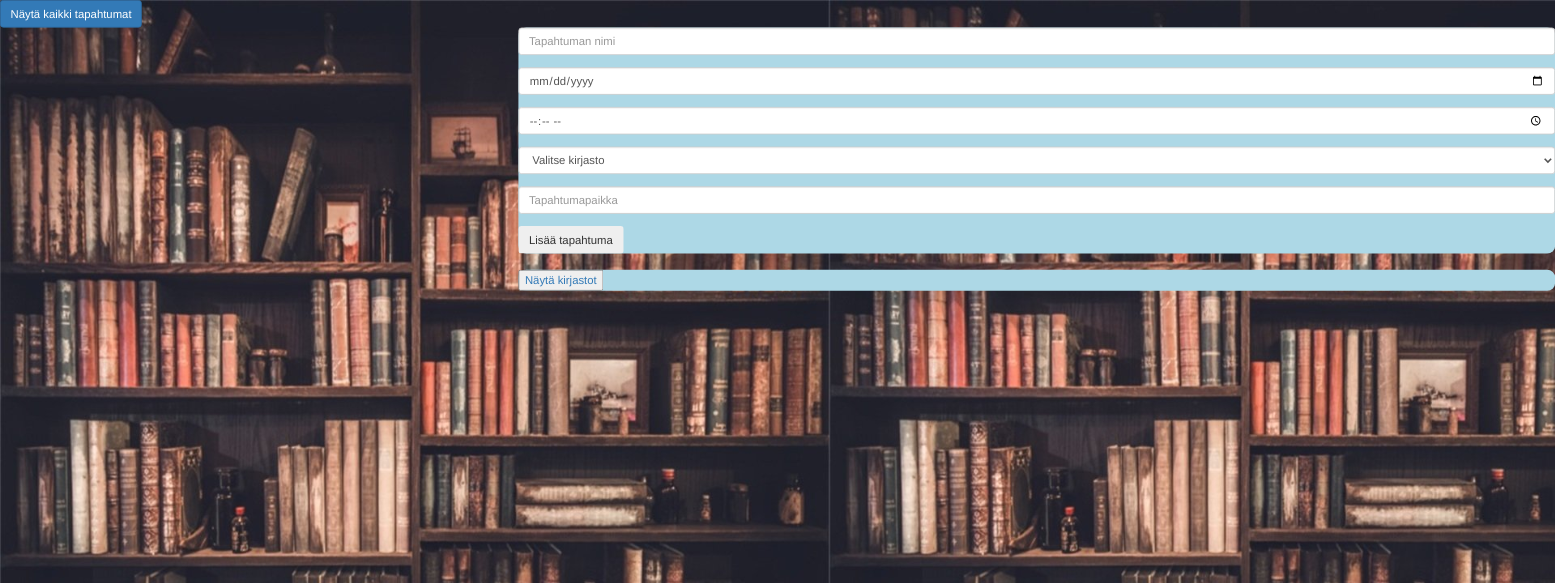
Repository: VadimZubchenko/Kirjastotapahtumat
Page: Webpage/index.html
An editor plug-in stored every save of this project. The page is shown before and after the next save, followed by the edit.
The browser window is 1280 px wide. The page is 1920 px wide, so the pictures cover 1920 px, including what lies to the right of the window. The pictures show the whole page, at 81% of full size.
The page's requests for data from a server got no answer.

Above is the page before, as saved 2023-11-23 14:49:15.

### Webpage/index.html
<!DOCTYPE html>
<html lang="en">
  <head>
    <meta charset="UTF-8" />
    <title></title>
    <!-- Latest compiled and minified CSS -->
    <link
      rel="stylesheet"
      href="https://maxcdn.bootstrapcdn.com/bootstrap/3.4.0/css/bootstrap.min.css"
    />

    <link rel="stylesheet" href="library.css" type="text/css" />

    <!-- jQuery library -->
    <script src="https://ajax.googleapis.com/ajax/libs/jquery/3.4.1/jquery.min.js"></script>

    <!-- Latest compiled JavaScript -->
    <script src="https://maxcdn.bootstrapcdn.com/bootstrap/3.4.0/js/bootstrap.min.js"></script>
  </head>
  <body>
    <!-- Button trigger modal -->
    <button
      type="button"
      class="btn btn-primary"
      data-toggle="modal"
      data-target="#exampleModalCenter"
    >
      Näytä kaikki tapahtumat
    </button>

    <!-- Modal -->
    <div
      class="modal fade"
      id="exampleModalCenter"
      tabindex="-1"
      role="dialog"
      aria-labelledby="exampleModalCenterTitle"
      aria-hidden="true"
    >
      <div class="modal-dialog modal-dialog-centered modal-lg" role="document">
        <div class="modal-content">
          <div class="modal-header">
            <h4 class="modal-title" id="exampleModalLongTitle">Tapahtumat</h4>
            <button
              type="button"
              class="close"
              data-dismiss="modal"
              aria-label="Close"
            >
              <span aria-hidden="true">&times;</span>
            </button>
          </div>
          <div class="modal-body">
            <script src="https://ajax.googleapis.com/ajax/libs/jquery/3.4.1/jquery.min.js"></script>

            <div id="status"></div>
            <script type="text/javascript">
              $.ajax({
                url: "/events",
                type: "GET",
                dataType: "json",
                success: (data) => {
                  console.log("You received some data!", data);

                  var out = "";
                  out += "<table>";
                  out += '<th span style="font-size:18px">Kirjasto</th>';
                  out += '<th span style="font-size:18px">Paikka</th>';
                  out += '<th span style="font-size:18px">Tapahtuman nimi</th>';
                  out += '<th span style="font-size:18px">Päivämäärä</th>';
                  out += '<th span style="font-size:18px">Aika</th>';
                  out += "<tr>";
                  var i;
                  for (i in data) {
                    out +=
                      "<td span style='font-size:18px'>" +
                      data[i].Event_Kirjasto +
                      "</td>";
                    out +=
                      "<td span style='font-size:18px'>" +
                      data[i].Event_Location +
                      "</td>";
                    out +=
                      "<td span style='font-size:18px'>" +
                      data[i].Event_Name +
                      "</td>";
                    out +=
                      "<td span style='font-size:18px'>" +
                      data[i].Event_Date +
                      "</td>";
                    out +=
                      "<td span style='font-size:18px'>" +
                      data[i].Event_Time +
                      "</td>";
                    out += "</tr>";
                  }
                  out += "</table>";

                  $("#status").html(out);
                },
              });
            </script>
          </div>
          <div class="modal-footer">
            <button
              type="button"
              class="btn btn-secondary"
              data-dismiss="modal"
            >
              Sulje
            </button>
          </div>
        </div>
      </div>
    </div>
    <form action="/event_create" method="POST">
      <div class="form-group">
        <input
          type="text"
          class="form-control"
          name="eventname"
          placeholder="Tapahtuman nimi"
        />
      </div>
      <div class="form-group">
        <input type="date" name="eventdate" class="form-control" />
      </div>
      <div class="form-group">
        <input type="time" name="eventtime" class="form-control" />
      </div>
      <div class="form-group">
        <select id="dropdown" name="kirjasto" class="form-control"></select>
      </div>
      <div class="form-group">
        <input
          type="text"
          name="location"
          placeholder="Tapahtumapaikka"
          class="form-control"
        />
      </div>
      <button type="submit" class="btn">Lisää tapahtuma</button>
    </form>

    <!-- Hannu koodit -->
    <br />

    <form action="">
      <button><a href="helsingin_kirjastot.html" />Näytä kirjastot</button>
    </form>
    <script>
      var dropdown = document.getElementById("dropdown");
      dropdown.length = 0;
      var defaultOption = document.createElement("option");
      defaultOption.text = "Valitse kirjasto";
      dropdown.add(defaultOption);
      dropdown.selectedIndex = 0;

      var url =
        "https://api.kirjastot.fi/v3/organisation?branch_type=library&city.name=helsinki";
      var xmlhttp = new XMLHttpRequest();

      xmlhttp.onload = function () {
        if (xmlhttp.status == 200) {
          var myArr = JSON.parse(xmlhttp.responseText);
          var arr = myArr.items;
          var i;
          var option;
          console.log(arr);
          for (i = 0; i < arr.length; i++) {
            option = document.createElement("option");
            option.text = arr[i].name.fi;
            dropdown.add(option);
          }
        }
      };
      xmlhttp.open("GET", url, true);
      xmlhttp.send();
    </script>
  </body>
</html>

### Webpage/library.css
body {
background-image: url("library.png");

}

form {
    position: relative;
    background-color: lightblue;
    border-radius: 10px;
    left: 50%;

}

table {
    border-collapse: collapse;
    width: 100%;
  }

  modal-content {
    width: 200%;
  }

  th, td {
    text-align: left;
    padding: 8px;
  }

  tr:nth-child(even) {
    background-color: #D6EEEE;
  }

After the next save:
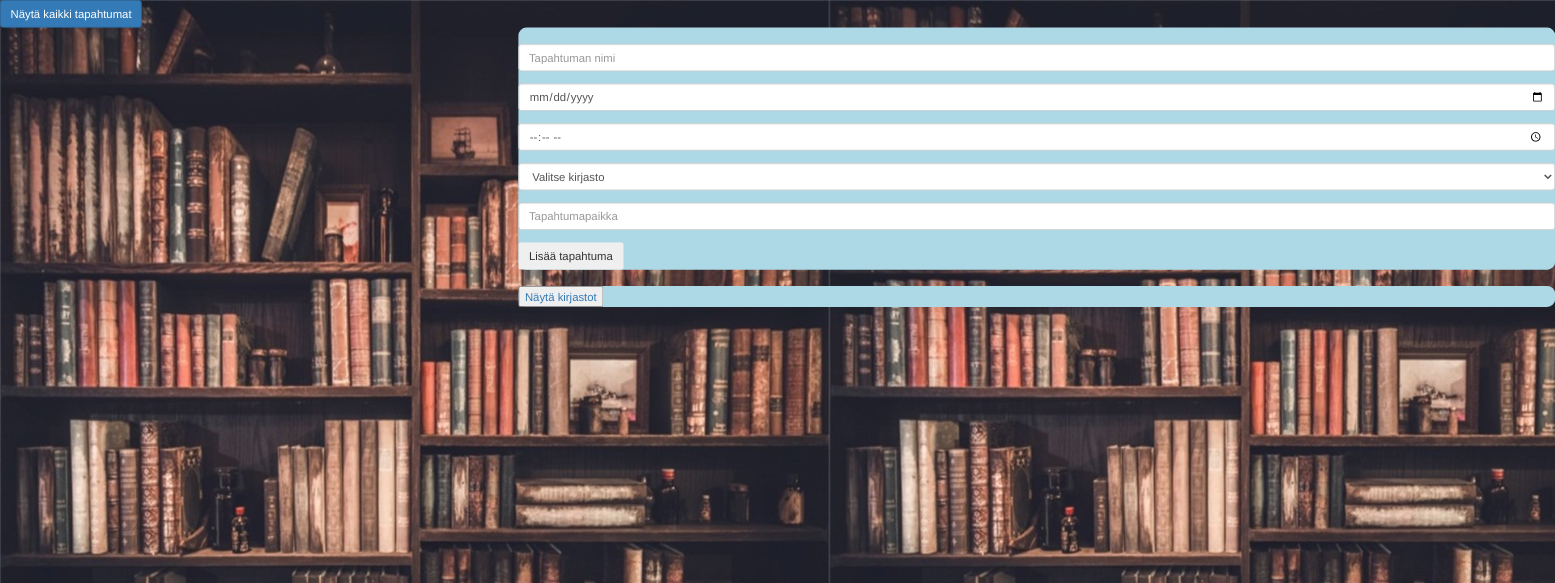
Saved 53 s later.
--- a/Webpage/index.html
+++ b/Webpage/index.html
@@ -115,6 +115,7 @@
     </div>
     <form action="/event_create" method="POST">
       <div class="form-group">
+        <label></label>
         <input
           type="text"
           class="form-control"
